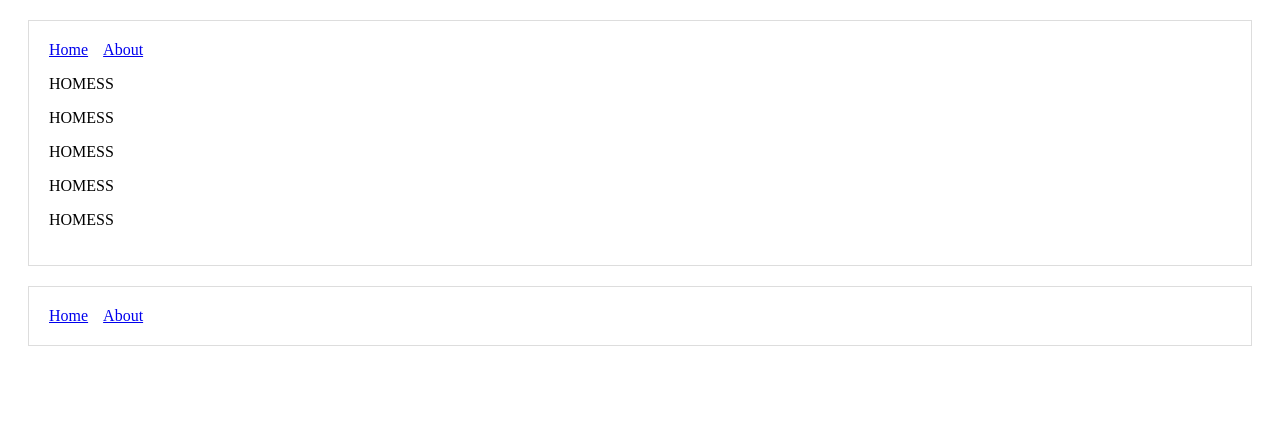
Repository: sivaraj-v/nextJs
Page: /
An editor plug-in stored every save of this project. The page is shown before and after a run of saves, followed by the edit.
The browser window is 1280 px wide. The pictures show the whole page.
The project was rebuilt for these pictures with package versions that can differ from the ones it lists, and the page was loaded fresh each time. The framework's server and built-in components were replaced by stand-ins that run in the browser.

Above is the page before, as saved 2017-10-11 13:03:31.

### pages/index.js
// This is the Link API
import Header from "../comps/Header";
import Layout from "../comps/MyLayout.js";
import Link from "next/link";
import Head from "next/head";

const content = <p>This is the about page</p>;
const Index = () => (
  <div>
    {/* <Link href="/about">
      <a style={{ fontSize: 14 }}>About Page</a>
    </Link> */}
    <Head>
      <title>My page title</title>
      <meta name="viewport" content="initial-scale=1.0, width=device-width" />
    </Head>
    {/* <Header /> */}
    <Layout>
      <p>HOMESS</p>
      <p>HOMESS</p>
      <p>HOMESS</p>
      <p>HOMESS</p>
      <p>HOMESS</p>
    </Layout>
    <Layout content={content} />
  </div>
);

export default Index;

### comps/Header.js
import Link from "next/link";

const linkStyle = {
  marginRight: 15
};

const Header = () => (
  <div>
    <Link href="/">
      <a style={linkStyle}>Home</a>
    </Link>
    <Link href="/about">
      <a style={linkStyle}>About</a>
    </Link>
    {/* <Link href={{ pathname: "/about", query: { name: "Zeit" } }}>
      <a style={{ fontSize: 14 }}>About</a>
    </Link> */}
  </div>
);

export default Header;

### comps/MyLayout.js
import Header from "./Header";

const layoutStyle = {
  margin: 20,
  padding: 20,
  border: "1px solid #DDD"
};

const Layout = props => (
  <div style={layoutStyle}>
    <Header />
    {console.log(props)}
    {props.children}
  </div>
);

export default Layout;

After the next 6 saves:
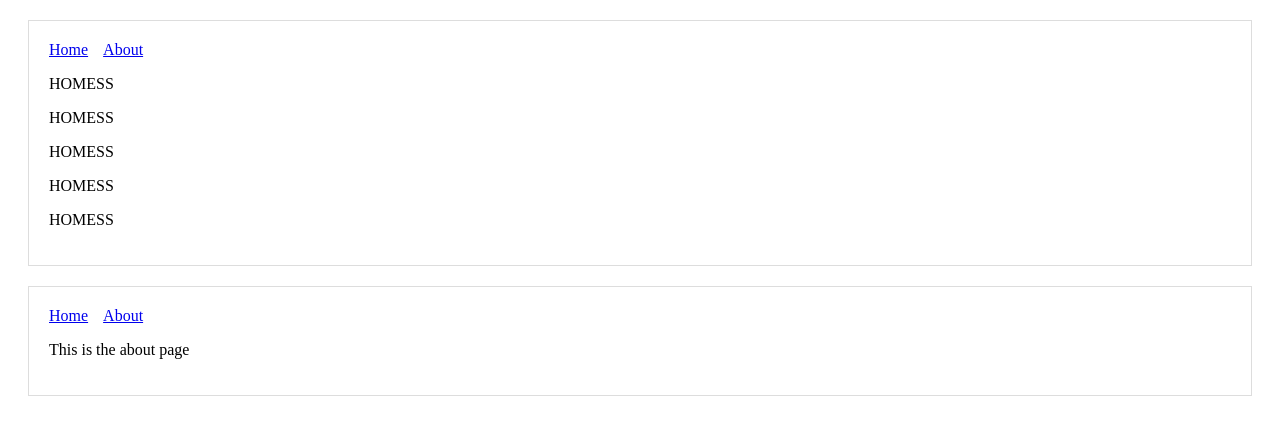
The 6 saves are shown as one change because they came seconds apart.
The last was saved 30 s later.
--- a/comps/MyLayout.js
+++ b/comps/MyLayout.js
@@ -9,7 +9,8 @@ const layoutStyle = {
 const Layout = props => (
   <div style={layoutStyle}>
     <Header />
-    {console.log(props)}
+    {/* {console.log(props)} */}
+    {props.content}
     {props.children}
   </div>
 );
